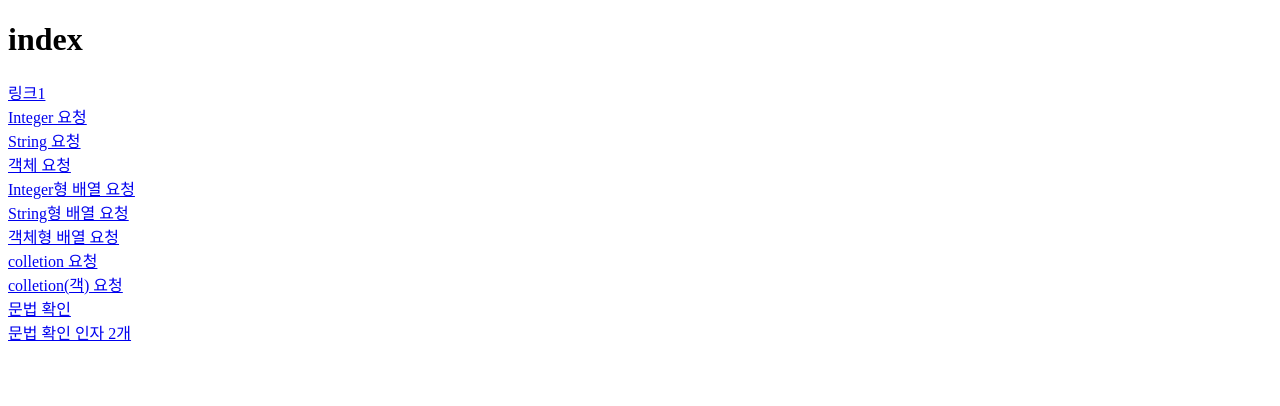
Repository: ekc1467/ClassMSA_EDU
Page: http://localhost/Service01/WEB-INF/views/index.jsp
An editor plug-in stored every save of this project. The page is shown before and after the next save, followed by the edit.
The browser window is 1280 px wide. The pictures show the whole page.
The page is served by Tomcat 9. Nobody is signed in. The template is opened directly, without the code that normally fills it, so the values that code supplies are empty.

Above is the page before, as saved 2022-04-22 01:35:54.

After the next save:
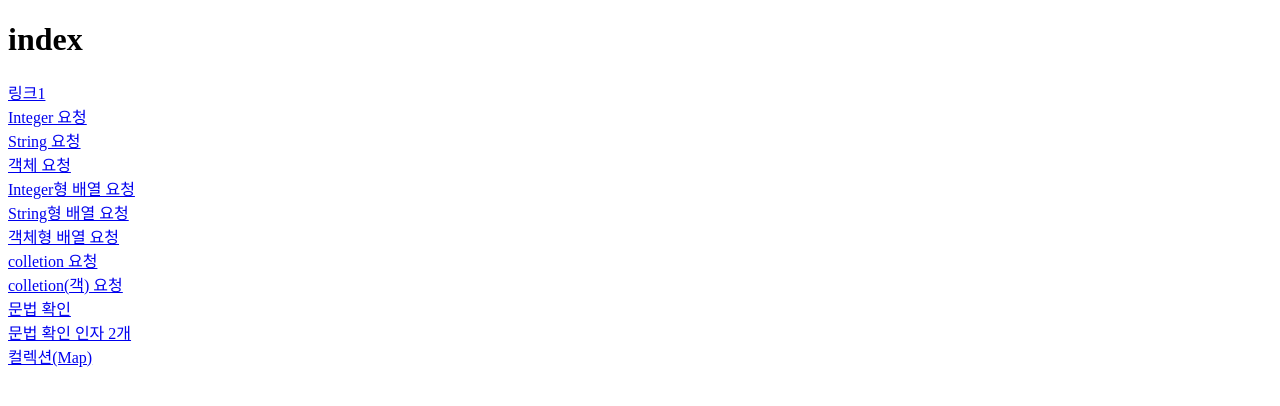
Saved 2 min 5 s later.
--- a/Service01/src/main/webapp/WEB-INF/views/index.jsp
+++ b/Service01/src/main/webapp/WEB-INF/views/index.jsp
@@ -19,6 +19,12 @@
 	<a href="t8/1000">colletion(객) 요청</a><br/>
 	<a href="t9/1000">문법 확인</a><br/>
 	<a href="t10/1000">문법 확인 인자 2개</a><br/>
+	<a href="t11/1000">컬렉션(Map)</a><br/>
+
+
+
+
+
 <!-- 	<a href="app/1000">App 요청</a><br/>
 	<a href="cpp/1000">Cpp 요청</a><br/> -->
 </body>
